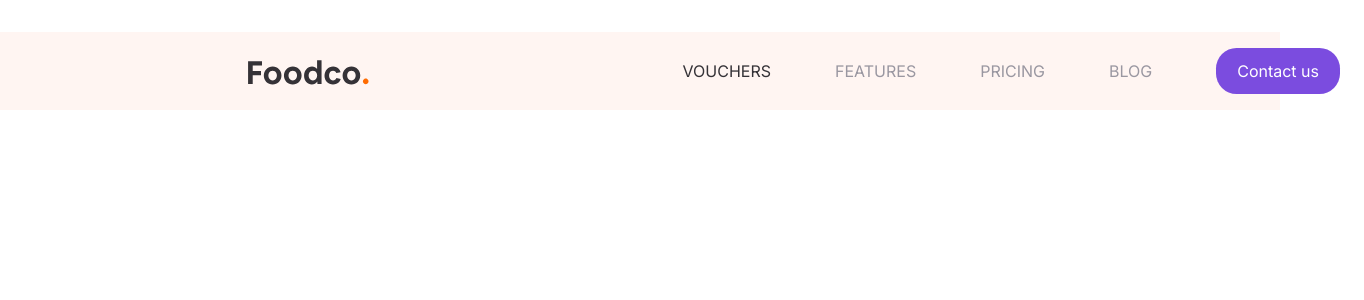
Repository: badhon252/Foodco
Page: index.html
An editor plug-in stored every save of this project. The page is shown before and after the next save, followed by the edit.
The browser window is 1280 px wide. The page is 1364 px wide, then 1280 px, so the pictures cover 1364 px, including what lies to the right of the window. The pictures show the whole page.
The style sheet was rebuilt from its Sass, Less or Tailwind sources for each picture, by a compiler version that may differ from the author's.

Above is the page before, as saved 2022-09-15 15:25:39.

### index.html
<!DOCTYPE html>
<html lang="en">

<head>
    <meta charset="UTF-8">
    <meta http-equiv="X-UA-Compatible" content="IE=edge">
    <meta name="viewport" content="width=device-width, initial-scale=1.0">
    <!-- bootstrap cdn link  -->
    <!-- I'm using bootstrap 5 for this project, Let's code!  -->
    <!-- CSS only -->
    <link href="https://cdn.jsdelivr.net/npm/bootstrap@5.2.1/dist/css/bootstrap.min.css" rel="stylesheet"
        integrity="sha384-iYQeCzEYFbKjA/T2uDLTpkwGzCiq6soy8tYaI1GyVh/UjpbCx/TYkiZhlZB6+fzT" crossorigin="anonymous">

    <link rel="stylesheet" href="scss/style.css">
    <title>FoodCo</title>
</head>

<body>

    <main id="header">
        <header class="container">

            <nav class="navbar navbar-expand-lg py-3">
                <div class="container-fluid">
                    <a class="navbar-brand" href="#"><img src="./image/logo.svg" alt=""></a>
                    <button class="navbar-toggler" type="button" data-bs-toggle="collapse" data-bs-target="#navbarNav"
                        aria-controls="navbarNav" aria-expanded="false" aria-label="Toggle navigation">
                        <span class="navbar-toggler-icon"></span>
                    </button>
                    <div class="collapse navbar-collapse" id="navbarNav">
                        <ul class="navbar-nav ms-auto">
                            <li class="nav-item">
                                <a class="nav-link active" aria-current="page" href="#">Vouchers</a>
                            </li>
                            <li class="nav-item">
                                <a class="nav-link" href="#">Features</a>
                            </li>
                            <li class="nav-item">
                                <a class="nav-link" href="#">Pricing</a>
                            </li>
                            <li class="nav-item">
                                <a class="nav-link disabled">Blog</a>
                            </li><button class="btn">Contact us</button>
                        </ul>
                    </div>
                </div>
            </nav>

            <div class="div header-content">
                <div class="row">
                    <div class="col-md-6"></div>
                    <div class="col-md-6"></div>
                </div>
            </div>
        </header>
    </main>

</body>

</html>

### scss/style.scss
@import url("https://fonts.googleapis.com/css2?family=Inter:wght@400;600;700;800;900&display=swap");
@font-face {
  font-family: circular;
  src: url(../fonts/Circular_Std_Font.otf);
}
@font-face {
  font-family: AirbnbCereal_W_Bd;
  src: url(../fonts/AirbnbCereal_W_Bd.otf);
}
@font-face {
  font-family: AirbnbCereal_W_Bk;
  src: url(../fonts//AirbnbCereal_W_Bk.otf);
}
@font-face {
  font-family: AirbnbCereal_W_Blk;
  src: url(../fonts/AirbnbCereal_W_Blk.otf);
}
@font-face {
  font-family: AirbnbCereal_W_Lt;
  src: url(../fonts/AirbnbCereal_W_Lt.otf);
}
@font-face {
  font-family: AirbnbCereal_W_Md;
  src: url(../fonts/AirbnbCereal_W_Md.otf);
}
@font-face {
  font-family: AirbnbCereal_W_XBd;
  src: url(../fonts/AirbnbCereal_W_XBd.otf);
}
* {
  margin: 0;
  padding: 0;
  box-sizing: border-box;
  font-family: "Inter", sans-serif;
  //   font-family: circular;
}
.container {
  margin: 2rem 14rem;
}
.btn,
.link {
  cursor: pointer;
}
.link {
  text-decoration: none;
  color: #353237;
}
.btn {
  outline: none;
  border: none;
  padding: 12px 25px;
  font-size: 1rem;
  font-weight: 400;
}
.active {
  color: #353237 !important;
}
li {
  list-style-type: none;
}
.py-1 {
  padding: 1rem 0;
}
.py-2 {
  padding: 2rem 0;
}
.py-3 {
  padding: 3rem 0;
}
.py-4 {
  padding: 4rem 0;
}
.my-1 {
  margin: 1rem 0;
}
.my-1 {
  margin: 1rem 0;
}
.my-2 {
  margin: 2rem 0;
}
.my-3 {
  margin: 3rem 0;
}
.my-4 {
  margin: 4rem 0;
}
.my-5 {
  margin: 5rem 0;
}

// =======================
//===========================
#header {
  background-color: #fff5f2;

  .navbar {
    .navbar-nav {
      align-items: center;
      .nav-item {
        margin: 0 1.5rem;
        .nav-link {
          font-weight: 500;
          font-size: 1rem;
          line-height: 20px;
          text-transform: uppercase;
          color: #9a97a1;
          //   color: #353237;
          &:hover {
            color: #353237;
          }
        }
      }
      .btn {
        background-color: #7b4cdf;
        border-radius: 20.5px;
        color: #fff;
        margin-left: 2rem;
        padding: 11px 21px;
      }
    }
  }
}

After the next save:
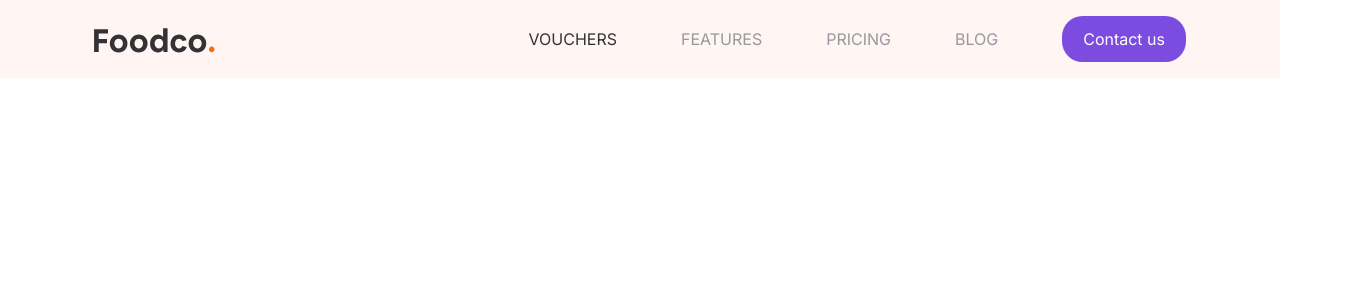
Saved 8 s later.
--- a/scss/style.scss
+++ b/scss/style.scss
@@ -34,9 +34,9 @@
   font-family: "Inter", sans-serif;
   //   font-family: circular;
 }
-.container {
-  margin: 2rem 14rem;
-}
+// .container {
+//   margin: 2rem 14rem;
+// }
 .btn,
 .link {
   cursor: pointer;
